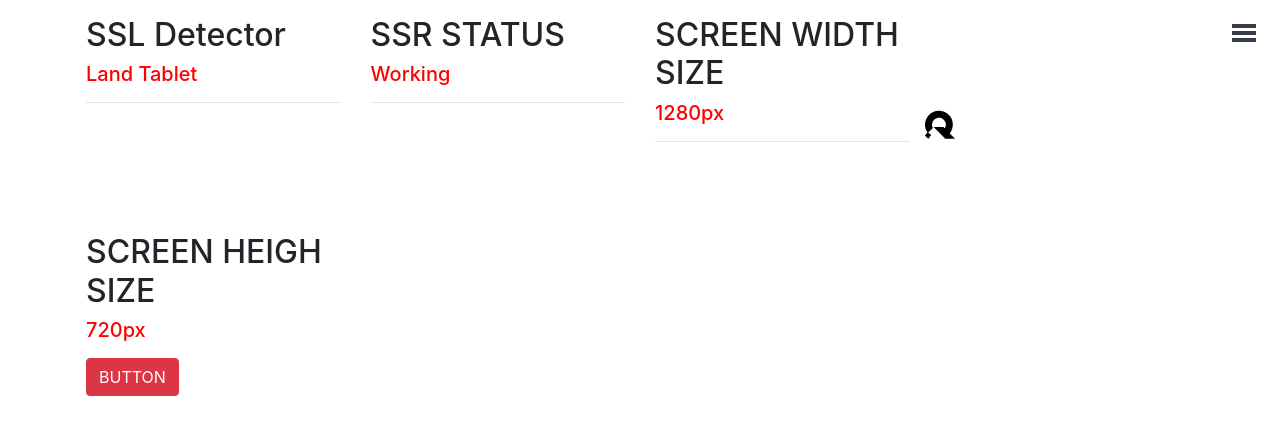
Repository: adrihle/screen-detector-nextpwa
Page: /
These files come from the project's save history. The page is drawn as it stood at one moment and after the next save; the edit follows.
The browser window is 1280 px wide. The pictures show the whole page.
The project was rebuilt for these pictures with package versions that can differ from the ones it lists, and the page was loaded fresh each time. The framework's server and built-in components were replaced by stand-ins that run in the browser. Imported but missing from the stored project, and not drawn on this page: pages/_document.

Above is the page before, as saved 2020-12-30 18:04:36.

### pages/_app.js
import App, { Container } from "next/app";
import Head from "next/head";
import styled, { createGlobalStyle } from "styled-components";
import { title } from "./_document";
import ScreenSizeLayout from '../components/smart/ScreenSizeLayout'
import Menu from '../components/navigation/mobile'

// Any global CSS variables and selectors we want
const GlobalStyle = createGlobalStyle`
  :root {
    --padding: 2rem;
    --max-width: 50rem;
  }

  body {
    background: var(--background--1);
    font-family: 'PT Sans', sans-serif;
    margin: 0;
  }
`;

const Main = styled.main`
  margin: 0 auto;
  max-width: var(--max-width);
  padding: var(--padding);
`;

export default class MyApp extends App {
  static async getInitialProps({ Component, ctx }) {
    let pageProps = {};

    if (Component.getInitialProps) {
      pageProps = await Component.getInitialProps(ctx);
    }

    return { pageProps };
  }

  render() {
    const { Component, pageProps, router } = this.props;

    return (
      <>
        <Head>
          <title>{title}</title>
          <link rel="stylesheet" href="https://stackpath.bootstrapcdn.com/bootstrap/4.3.1/css/bootstrap.min.css" integrity="sha384-ggOyR0iXCbMQv3Xipma34MD+dH/1fQ784/j6cY/iJTQUOhcWr7x9JvoRxT2MZw1T" crossorigin="anonymous"></link>
        </Head>
        <Container>
            {/* here a smart screen detector */}
            <ScreenSizeLayout>
              <Menu />
              <Component {...pageProps} router={router} />
            </ScreenSizeLayout>
          <GlobalStyle />
        </Container>
      </>
    );
  }
}

### pages/index.js
import Nav from '../components/navigation/mobile'
import Dotq from '../static/icons/dotqblackusage'

const Index = ({ server, measures, screen }) => {

  const width = measures && measures[0] + 'px'
  const heigh = measures && measures[1] + 'px'


  return (
    <div  className='container p-3'>
      <div className='row' id='content'>
        <div className="col-md-6 col-lg-3">
          <h2>SSL Detector</h2>
          <h5 style={{color:'red'}}>{screen}</h5>
          <hr />
        </div>
        <div className="col-md-6 col-lg-3">
          <h2>SSR STATUS</h2>
          <h5 style={{color:'red'}}>{server ? 'Working' : 'Not Working'}</h5>
          <hr />
        </div>
        <div className="col-md-6 col-lg-3">
          <h2>SCREEN WIDTH SIZE</h2>
          <h5 style={{color:'red'}}>{width}</h5>
          <hr/>
        </div>
        <Dotq width={30}/>
        <div className="col-sm-1 col-md-6 col-lg-3">
          {(measures && measures[0]>240) && (
            <>
              <h2>SCREEN HEIGH SIZE</h2>
              <h5 style={{color:'red'}}>{`${heigh}`}</h5>
              <button className='btn btn-danger mt-2'>BUTTON</button>
            </>
          )}
        </div>
      </div>
    </div>
  )
}

Index.getInitialProps = async function() {
  return {
    server: true,
  }
};

export default Index;

### components/smart/ScreenSizeLayout.tsx
import {Children, cloneElement, useState, useEffect } from 'react'

const ScreenSizeLayout = ({ children }) => {

    const [screen, setScreen] = useState(null)
    const [measures, setMeasures] = useState(null)

    const handleSize = () => {
        let width = window.innerWidth
        let heigh = window.innerHeight
        setMeasures([width, heigh])

        let landscape = width > heigh

        if (width < 420){setScreen('Mobile')}
        else if (width > 420 && width < 850 && landscape){setScreen('Land Mobile')}
        else if (width > 420 && width < 1300 && !landscape){setScreen('Tablet')}
        else if (width > 820 && width < 1400 && landscape){setScreen('Land Tablet')}
        else {setScreen('Desktop')}
    }

    useEffect(() => {
        handleSize()
        window.addEventListener('resize', handleSize)
        return () => {window.removeEventListener('resize', handleSize)}
    },[])

    const childrenWithProps = Children.map(children, child => {
        return cloneElement(child, {
            measures,
            screen
        });
      });

    return (
        <>
            {childrenWithProps}
        </>
    )
}

export default ScreenSizeLayout

### components/navigation/mobile.tsx
import { bubble as Menu } from 'react-burger-menu'

var styles = {
    bmBurgerButton: {
      position: 'fixed',
      width: '24px',
      height: '18px',
      right: '1.5em',
      top: '1.5em'
    },
    bmBurgerBars: {
      background: '#373a47'
    },
    bmBurgerBarsHover: {
      background: '#a90000'
    },
    bmCrossButton: {
      height: '24px',
      width: '24px'
    },
    bmCross: {
      background: '#bdc3c7'
    },
    bmMenuWrap: {
      position: 'fixed',
      height: '100%'
    },
    bmMenu: {
      background: '#373a47',
      padding: '2.5em 1.5em 0',
      fontSize: '1.15em'
    },
    bmMorphShape: {
      fill: '#373a47',
      width: '100%'
    },
    bmItemList: {
      color: '#b8b7ad',
      padding: '0.8em'
    },
    bmItem: {
      display: 'inline-block'
    },
    bmOverlay: {
      background: 'rgba(0, 0, 0, 0.3)'
    }
  }

const Mobile = ({ outerContainer, pageWrap }) => {
    return (
        <Menu styles={styles} width={'100%'}>
            <a id="home"  href="/">Home</a>
            <a id="about" href="/about">About</a>
            <a id="contact"  href="/contact">Contact</a>
        </Menu>
    )
}

export default Mobile

### static/icons/dotqblackusage.tsx
import * as React from "react";

function SvgDotqblack(props) {
  return (
    <svg
      width="175pt"
      height="163pt"
      viewBox="0 0 175 163"
      xmlns="http://www.w3.org/2000/svg"
      {...props}
    >
      <path d="M23 25.03C37.26 10.14 57.44 1.14 78.05.45c19.35-.9 38.9 5.62 53.96 17.8 12.63 10.16 22.2 24.12 26.83 39.68 5.94 19.38 4.27 40.96-4.69 59.14-2.54 5.5-6.16 10.37-9.43 15.43 8.94 8.64 17.55 17.61 26.47 26.27 1.26 1.25 2.23 2.75 3.19 4.23h-56.36c-20.87-20.45-41.32-41.35-62.11-61.89-1.75-1.7-3.33-3.57-4.84-5.47 18.87-.37 37.75-.01 56.63-.19 2.62 2.53 5.2 5.1 7.79 7.67 4.96-8.04 7.09-17.78 5.84-27.15-1.39-10.51-7.18-20.35-15.64-26.72-9.44-7.26-22.22-9.99-33.79-7.13-9.51 2.15-18.06 8.02-23.69 15.96-7.78 10.72-9.66 25.46-4.76 37.77.47 1.95 2.6 4.44.57 6.14-8.49 8.6-17.13 17.06-25.61 25.68 5.93 4.92 11.76 9.96 17.75 14.82-5.31 7-11.72 13.16-16.54 20.51H18.4c-1.3-2.44-3.58-4.07-5.66-5.79C8.45 153.8 4.47 150 0 146.82v-1.94c4.67-5.79 9.54-11.43 14.38-17.08-4.08-6.55-7.84-13.37-10.2-20.75-2.15-6.13-3-12.6-4.18-18.96V77.72C1.26 58.19 9.15 39 23 25.03z" />
    </svg>
  );
}

export default SvgDotqblack;

After the next save:
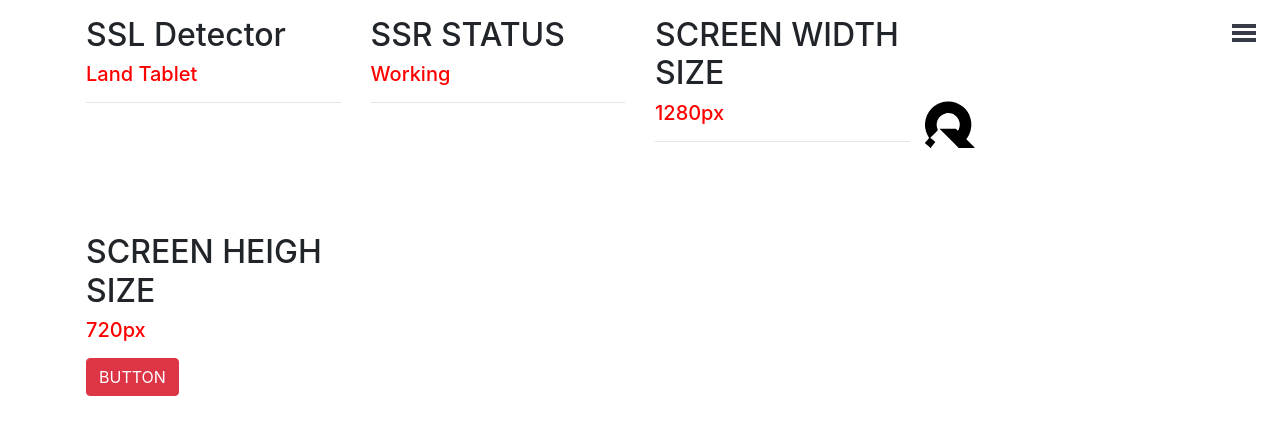
Saved 7 s later.
--- a/pages/index.js
+++ b/pages/index.js
@@ -25,7 +25,7 @@
           <h5 style={{color:'red'}}>{width}</h5>
           <hr/>
         </div>
-        <Dotq width={30}/>
+        <Dotq width={50}/>
         <div className="col-sm-1 col-md-6 col-lg-3">
           {(measures && measures[0]>240) && (
             <>

After the 2 saves that followed:
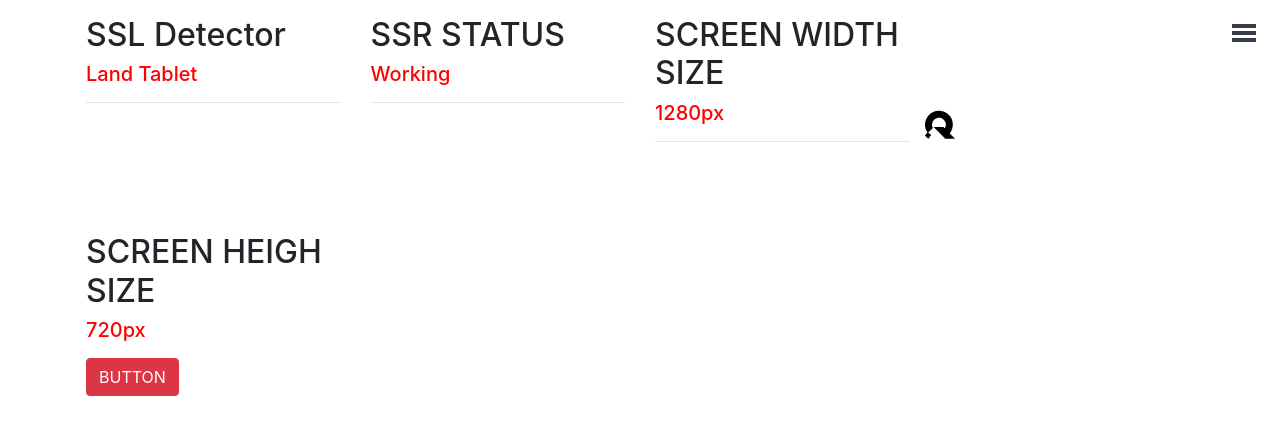
The 2 saves are shown as one change because 1 did not build or start.
The last was saved 28 s later.
--- a/pages/index.js
+++ b/pages/index.js
@@ -25,7 +25,7 @@
           <h5 style={{color:'red'}}>{width}</h5>
           <hr/>
         </div>
-        <Dotq width={50}/>
+        <Dotq width={30}/>
         <div className="col-sm-1 col-md-6 col-lg-3">
           {(measures && measures[0]>240) && (
             <>
